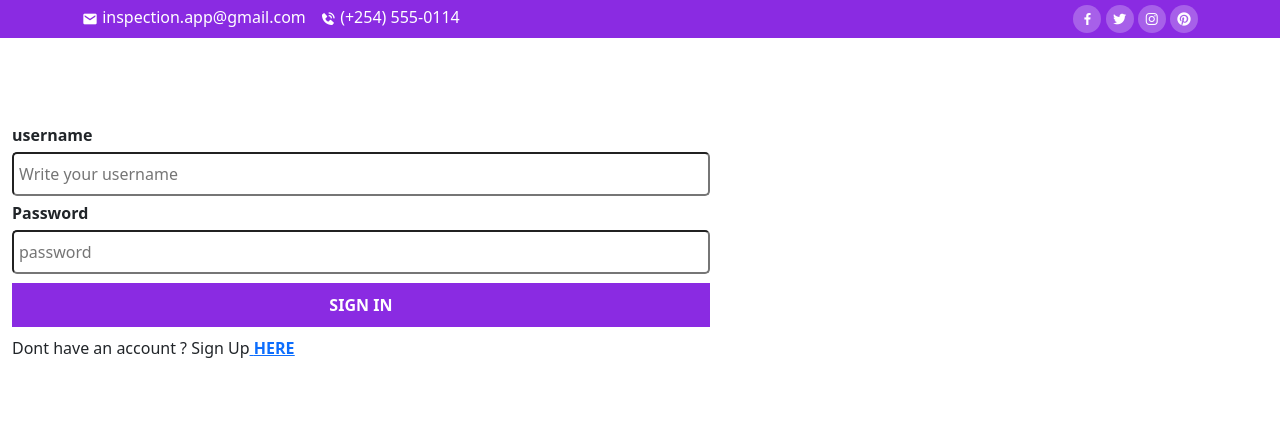
Repository: NDISHAW/Inspectionapp-rails
Page: public/signIn.html
An editor plug-in stored every save of this project. The page is shown before and after the next save, followed by the edit.
The browser window is 1280 px wide. The pictures show the whole page.

Above is the page before, as saved 2022-10-09 04:43:18.

After the next save:
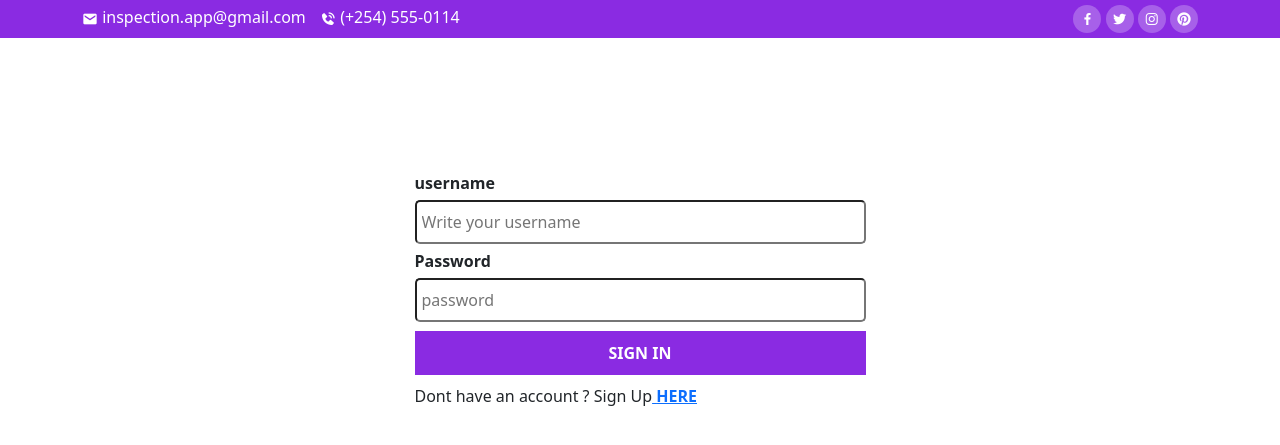
Saved 76 s later.
--- a/public/signIn.html
+++ b/public/signIn.html
@@ -33,9 +33,11 @@
     </div>
 
     <section id="about">
-      <div class="signin container-fluid">
-        <div class="col-lg-10 justify-content-center">
-          <div class="col-lg-8 signin">
+      <div class="container">
+        <div class="row justify-content-center">
+          <div class="col-lg-5 py-5">
+            <div class="row">
+              <div class="col-12">
             <!-- Email  -->
             <div class="email">
               <label for="username">username</label>
